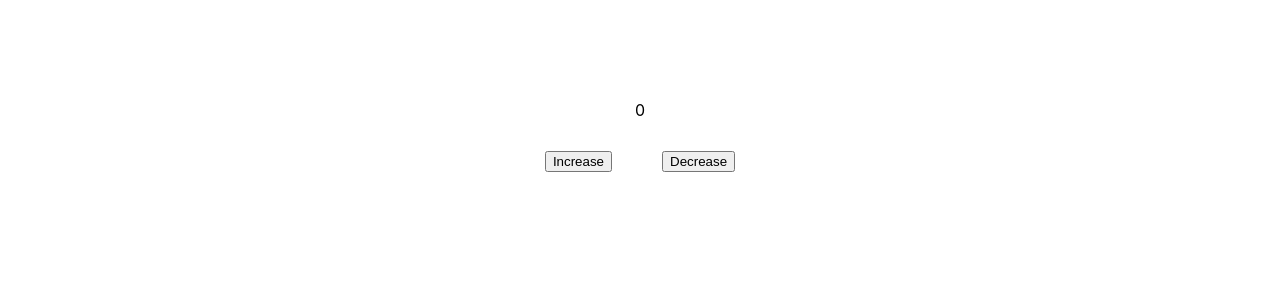
Repository: Marwa-Medhat/ReactJS-Labs
Page: / (app in myapp/)
The author's editor kept a copy of each file at every save. The page is drawn from the files as they stood at one save, then again after the next save.
The browser window is 1280 px wide. The pictures show the whole page.
The project was rebuilt for these pictures with package versions that can differ from the ones it lists, and the page was loaded fresh each time.

Above is the page before, as saved 2021-04-25 15:12:11.

After the next save:
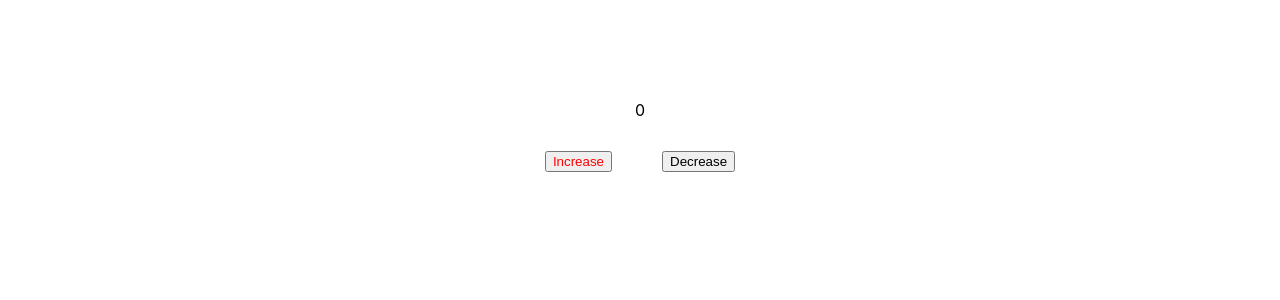
Saved 25 s later.
--- a/myapp/src/App.js
+++ b/myapp/src/App.js
@@ -26,7 +26,7 @@ import React, { Component } from 'react';
       return (
         <div >
         <div style={{ marginBottom: 30, }}>{this.state.count}</div>
-        <button onClick={this.increase} style={{ marginRight: 50, backgroundcolor:"yellow" ,}}> Increase</button>
+        <button onClick={this.increase} style={{ marginRight: 50, color:"red" ,}}> Increase</button>
         <button onClick={this.decrease}> Decrease</button>
         </div>
       ); //return
